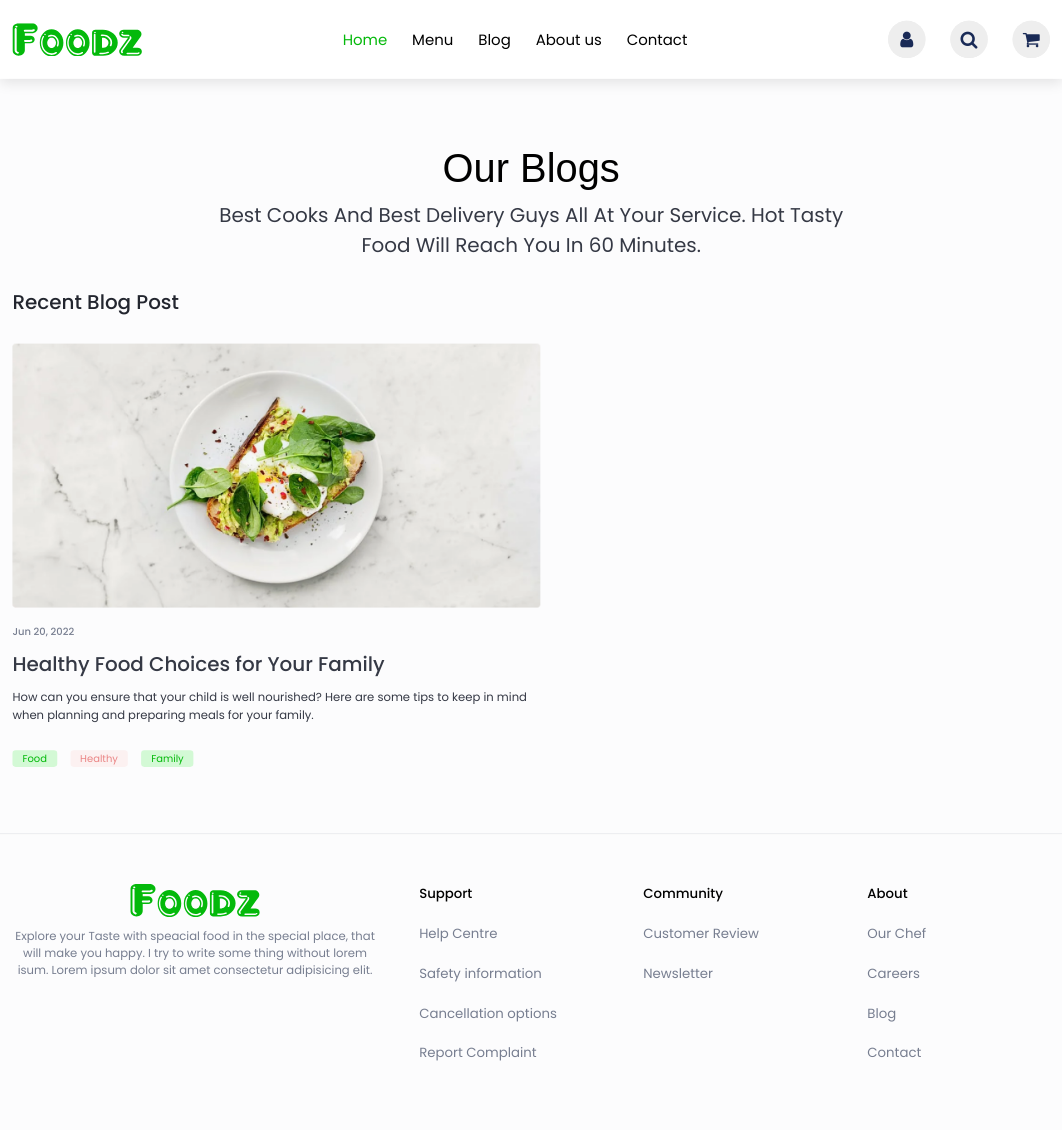
Repository: Toan3333/fooz
Page: assets/pages/blog.html
An editor plug-in stored every save of this project. The page is shown before and after the next save, followed by the edit.
The browser window is 1280 px wide. The pictures show the whole page, at 83% of full size.
Some web fonts or font styles are not loaded; a fallback is used.

Above is the page before, as saved 2023-06-01 13:33:57.

### assets/pages/blog.html
<!DOCTYPE html>
<html lang="en">
  <head>
    <meta charset="UTF-8" />
    <meta http-equiv="X-UA-Compatible" content="IE=edge" />
    <meta name="viewport" content="width=device-width, initial-scale=1.0" />
    <title>Blog</title>
    <link rel="stylesheet" href="/assets/css/style.css" />
    <link
      href="https://fonts.googleapis.com/css?family=Poppins:100,100italic,200,200italic,300,300italic,regular,italic,500,500italic,600,600italic,700,700italic,800,800italic,900,900italic"
      rel="stylesheet"
    />
    <link
      href="https://fonts.googleapis.com/css?family=Alice:regular"
      rel="stylesheet"
    />
    <link
      rel="stylesheet"
      href="https://cdnjs.cloudflare.com/ajax/libs/font-awesome/4.7.0/css/font-awesome.min.css"
    />
  </head>
  <body>
    <div class="app">
      <!-- header -->
      <header class="header">
        <div class="container">
          <div class="header-main">
            <div class="header-logo">
              <img src="/assets/images/Logo.svg" alt="" />
            </div>
            <div class="header-menu">
              <ul class="header-nav">
                <li class="header-list">
                  <a href="/index.html" class="header-link active">Home</a>
                </li>
                <li class="header-list">
                  <a href="#" class="header-link">Menu</a>
                </li>
                <li class="header-list">
                  <a href="#" class="header-link">Blog</a>
                </li>
                <li class="header-list">
                  <a href="#" class="header-link">About us</a>
                </li>
                <li class="header-list">
                  <a href="/assets/pages/contact.html" class="header-link"
                    >Contact</a
                  >
                </li>
              </ul>
            </div>
            <div class="header-auth">
              <div class="header-icon">
                <a href="#">
                  <i class="fa fa-user" aria-hidden="true"></i>
                </a>
                <a href="#">
                  <i class="fa fa-search" aria-hidden="true"></i>
                </a>
                <a href="#">
                  <i class="fa fa-shopping-cart" aria-hidden="true"></i>
                </a>
              </div>
            </div>
          </div>
        </div>
      </header>
      <!-- header end -->
      <section class="our-blog">
        <div class="container">
          <div class="text-center__primary special-center menu-center">
            Our blogs
            <p class="text-bottom">
              Best cooks and best delivery guys all at your service. Hot tasty
              food will reach you in 60 minutes.
            </p>
          </div>
          <div class="our-blog__heading">Recent Blog Post</div>
          <div class="our-blog__main">
            <div class="our-blog__post">
              <div class="our-blog__image">
                <img src="/assets/images/blog-4.png" alt="" />
              </div>
              <div class="our-blog__content">
                <div class="our-blog__date">Jun 20, 2022</div>
                <div class="our-blog__title">
                  Healthy Food Choices for Your Family
                </div>
                <div class="our-blog__text">
                  How can you ensure that your child is well nourished? Here are
                  some tips to keep in mind when planning and preparing meals
                  for your family.
                </div>
                <ul class="our-blog__tag">
                  <li class="our-blog__item">Food</li>
                  <li class="our-blog__item">Healthy</li>
                  <li class="our-blog__item">Family</li>
                </ul>
              </div>
            </div>
            <div class="our-blog__post-2"></div>
          </div>
        </div>
      </section>

      <footer class="footer">
        <div class="container">
          <div class="footer-list">
            <div class="footer-column">
              <div class="footer-center">
                <div class="footer-logo">
                  <img src="/assets/images/Logo.svg" alt="" />
                </div>
                <p class="footer-desc">
                  Explore your Taste with speacial food in the special place,
                  that will make you happy. I try to write some thing without
                  lorem isum. Lorem ipsum dolor sit amet consectetur adipisicing
                  elit.
                </p>
              </div>
            </div>
            <div class="footer-column">
              <h3 class="footer-title">Support</h3>
              <ul class="footer-menu">
                <li class="footer-item"><a href="#">Help Centre</a></li>
                <li class="footer-item"><a href="#">Safety information</a></li>
                <li class="footer-item">
                  <a href="#">Cancellation options</a>
                </li>
                <li class="footer-item"><a href="#">Report Complaint</a></li>
              </ul>
            </div>
            <div class="footer-column">
              <h3 class="footer-title">Community</h3>
              <ul class="footer-menu">
                <li class="footer-item"><a href="#">Customer Review</a></li>
                <li class="footer-item"><a href="#">Newsletter</a></li>
              </ul>
            </div>
            <div class="footer-column">
              <h3 class="footer-title">About</h3>
              <ul class="footer-menu">
                <li class="footer-item"><a href="#">Our Chef</a></li>
                <li class="footer-item"><a href="#">Careers</a></li>
                <li class="footer-item">
                  <a href="#">Blog</a>
                </li>
                <li class="footer-item"><a href="#">Contact</a></li>
              </ul>
            </div>
          </div>
        </div>
      </footer>
      <!-- loader -->
      <!-- <div class="loader-container">
        <img src="./assets/images/loader.gif" alt="" />
      </div> -->
      <!-- loader end -->
    </div>
  </body>
</html>

### assets/css/style.css
*,
*:before,
*:after {
  box-sizing: border-box;
  text-decoration: none;
  list-style: none;
}
:root {
  --font-primary: "Poppins", sans-serif;
  --font-secondary: "Alice", sans-serif;
  --primary-color: #04b90b;
  --black: #000000;
  --gray: #777e90;
  --black-2: #23262f;
  --bg-primary: #fcfcfd;
  --gray-2: #f4f5f6;
  --gray-3: #353945;
  --btn-color: #192a56;
}
* {
  margin: 0;
  padding: 0;
  font: inherit;
}
img,
picture,
svg,
video {
  display: block;
  max-width: 100%;
}
input,
select,
textarea {
  background-color: transparent;
  outline: none;
}
button {
  cursor: pointer;
  background-color: transparent;
  outline: none;
  border: 0;
}
body {
  min-height: 100vh;
  font-weight: 400;
  font-size: 16px;
  line-height: 1;
  font-family: var(--font-primary);
  background-color: var(--bg-primary);
  color: var(--black);
}
.container {
  max-width: 1330px;
  width: 100%;
  margin: 0 auto;
  padding: 0 15px;
}
/* HEADER */
.header {
  position: sticky;
  top: 0;
  left: 0;
  right: 0;
  z-index: 1000;
  padding: 25px 0;
  background-color: #fff;
  box-shadow: 0 5px 15px rgba(0, 0, 0, 0.1);
}
.header-main {
  display: flex;
  justify-content: space-between;
  align-items: center;
}
.header-logo {
  cursor: pointer;
}
.header-nav {
  display: flex;
  align-items: center;
  gap: 30px;
}
.header-link {
  font-size: 18px;
  line-height: 30px;
  font-weight: 400;
  color: var(--black);
}
.header-link:hover {
  color: var(--primary-color);
  transition: all 0.2s linear;
}
.header-link.active {
  color: var(--primary-color);
}
.header-icon {
  display: flex;
  align-items: center;
  gap: 30px;
  font-size: 22px;
}
.header-icon a,
.header-icon i {
  width: 45px;
  height: 45px;
  line-height: 45px;
  border-radius: 100rem;
  text-align: center;
  color: var(--btn-color);
  background-color: #eee;
  transition: 0.2s linear;
}
.header-icon a:hover,
.header-icon i:hover {
  color: #fff;
  background-color: var(--primary-color);
  transform: rotate(180deg);
}

/* HEADER END */

/* HERO */
.hero {
  padding: 60px 0;
}
.hero-main {
  display: flex;
  justify-content: space-between;
  gap: 40px;
}
.hero-content {
  max-width: 677px;
  width: 100%;
}
.hero-title {
  font-size: 65px;
  font-weight: 400;
  font-family: var(--font-secondary);
  line-height: 70px;
  letter-spacing: -0.5%;
  margin-bottom: 30px;
}
.hero-desc {
  font-size: 24px;
  font-weight: 400;
  line-height: 36px;
  color: var(--gray);
  margin-bottom: 25px;
}
.hero-cta {
  margin-bottom: 105px;
}
.hero-btn {
  display: flex;
  align-items: center;
  gap: 24px;
}
.hero-btn span {
  font-size: 16px;
  line-height: 24px;
  font-weight: 400;
  color: var(--primary-color);
}
.button-primary {
  background-color: var(--btn-color);
  border-radius: 8px;
  padding: 10px 20px;
  font-size: 16px;
  line-height: 24px;
  font-weight: 500;
  color: var(--bg-primary);
  transition: all 0.2s linear;
}
.button-primary:hover {
  background-color: var(--primary-color);
  letter-spacing: 1px;
}
.hero-info {
  max-width: 576px;
  width: 100%;
  background-color: var(--gray-2);
  border-radius: 16px;
  padding: 28px 56px 28px 56px;
}
.hero-list {
  display: flex;
  align-items: center;
  justify-content: space-between;
}
.hero-item {
  text-align: center;
}
.hero-number {
  font-size: 32px;
  line-height: 48px;
  font-weight: 600;
  color: var(--gray);
}
.hero-text {
  font-size: 20px;
  line-height: 30px;
  color: var(--gray);
  font-weight: 400;
}
.hero-image {
  width: 100%;
}
.hero-image img {
  width: 100%;
}
/* HERO END*/

/* SERVICE */
.service {
  padding: 80px 0;
}
.text-center__primary {
  max-width: 440px;
  margin: 0 auto;
  text-align: center;
  font-size: 48px;
  font-weight: 400;
  line-height: 55px;
  font-family: var(--font-secondary);
  text-transform: capitalize;
}
.text-primary {
  color: var(--primary-color);
}
.service-list {
  margin-top: 80px;
  display: grid;
  grid-template-columns: repeat(3, 1fr);
  grid-gap: 70px;
}
.service-item {
  display: flex;
  align-items: center;
  justify-content: center;
  flex-direction: column;
  padding: 40px 36px;
  text-align: center;
  cursor: pointer;
}
.service-item:hover {
  background: #ffffff;
  box-shadow: 0px 10px 27px rgba(53, 53, 53, 0.05);
  transition: 0.2s linear;
}
.service-icon {
  margin-bottom: 24px;
}
.service-icon a {
  width: 120px;
  height: 120px;
  border-radius: 100rem;
  background: #ffffff;
  box-shadow: 5px 9px 16px rgba(0, 0, 0, 0.04);
  display: inline-flex;
  align-items: center;
  justify-content: center;
}
.service-title {
  font-size: 28px;
  line-height: 42px;
  font-weight: 400;
  color: var(--black-2);
  margin-bottom: 6px;
}
.service-desc {
  font-size: 16px;
  line-height: 24px;
  font-weight: 400;
  color: var(--gray-3);
}
/* SERVICE END*/

/* ABOUT */
.about {
  padding: 80px 0;
}
.about-heading {
  text-align: center;
}
.about-main {
  display: flex;
  justify-content: space-between;
  align-items: center;
  gap: 130px;
  margin-top: 80px;
}
.about-center {
  max-width: 475px;
}
.about-image {
  max-width: 500px;
  width: 100%;
}
.about-image img {
  width: 100%;
}
.about-content {
  width: 100%;
}
.about-info {
  display: flex;
  align-items: center;
  gap: 94px;
  font-family: var(--font-secondary);
  margin-bottom: 12px;
}
.about-name {
  font-size: 24px;
  color: var(--primary-color);
  font-weight: 400;
  line-height: 28px;
}
.about-view {
  display: flex;
  align-items: center;
  gap: 12px;
  font-size: 14px;
  font-weight: 500;
  line-height: 20px;
  color: var(--primary-color);
}
.about-desc {
  font-size: 18px;
  line-height: 27px;
  font-weight: 400;
  color: var(--gray-3);
}
/* ABOUT END*/

/* SPECIAL */
.special {
  padding: 80px 0;
}
.special-center {
  max-width: 770px;
  margin: 0 auto;
  width: 100%;
}
.text-bottom {
  margin-top: 12px;
  font-size: 24px;
  line-height: 36px;
  color: var(--gray-3);
  font-weight: 400;
  font-family: var(--font-primary);
}
.special-list {
  margin-top: 80px;
  display: grid;
  grid-template-columns: repeat(3, 1fr);
  grid-gap: 30px;
}
.special-item {
  background-color: #ffffff;
  box-shadow: 0px 10px 27px rgba(53, 53, 53, 0.05);
  border-radius: 15px;
  padding: 24px 28px;
}
.special-image {
  position: relative;
  width: 100%;
  margin-bottom: 24px;
  cursor: pointer;
  text-align: center;
  overflow: hidden;
}
.special-image .fa-heart,
.special-image .fa-eye {
  position: absolute;
  top: 15px;
  height: 50px;
  width: 50px;
  line-height: 50px;
  background-color: #eee;
  font-size: 20px;
  border-radius: 50%;
  transition: all 0.2s linear;
}
.special-image .fa-heart:hover,
.special-image .fa-eye:hover {
  background-color: var(--primary-color);
  color: #fff;
}
.special-image .fa-heart {
  right: -150px;
}
.special-image .fa-eye {
  left: -150px;
}
.special-image:hover .fa-heart {
  right: 15px;
}
.special-image:hover .fa-eye {
  left: 15px;
}

.special-image img {
  width: 100%;
}
.special-title {
  font-size: 32px;
  line-height: 37px;
  font-weight: 400;
  color: var(--black-2);
  margin-bottom: 12px;
  font-family: var(--font-secondary);
  cursor: pointer;
}
.special-title:hover {
  color: var(--primary-color);
  transition: 0.2s linear;
}
.special-rating {
  display: flex;
  align-items: center;
  gap: 12px;
  margin-bottom: 12px;
}
.special-icon i {
  color: var(--primary-color);
}
.special-views {
  font-size: 16px;
  line-height: 24px;
  font-weight: 400;
  color: var(--gray-3);
}
.special-bottom {
  display: flex;
  align-items: center;
  justify-content: space-between;
}
.special-price {
  font-size: 40px;
  line-height: 40px;
  font-weight: 400;
  color: var(--primary-color);
  font-family: var(--font-secondary);
  text-transform: capitalize;
}
.special-arrows {
  margin-top: 48px;
  display: inline-block;
  position: relative;
  left: 50%;
  transform: translateX(-50%);
  cursor: pointer;
}
.special-main {
  display: flex;
  align-items: center;
  gap: 8px;
}
.special-btn-arrow i {
  width: 40px;
  height: 40px;
  border-radius: 100rem;
  display: inline-flex;
  border: 2px solid #e6e8ec;
  border-radius: 40px;
  align-items: center;
  justify-content: center;
  transition: 0.2s ease-in-out;
}
.special-btn-arrow i:hover {
  color: white;
  background-color: var(--primary-color);
}
/* SPECIAL END*/
/* form */
.form-main {
  margin-top: 80px;
  display: flex;
  justify-content: space-between;
  align-items: center;
  gap: 105px;
}
.form-content {
  max-width: 544px;
  width: 100%;
}
.form-title {
  font-size: 24px;
  font-weight: 400;
  line-height: 36px;
  color: var(--black-2);
  margin-bottom: 4px;
}
.form-text {
  font-size: 16px;
  line-height: 24px;
  font-weight: 400;
  margin-bottom: 24px;
}
.form-list {
  display: flex;
  align-items: center;
  justify-content: space-between;
  margin-bottom: 8px;
  font-size: 16px;
  line-height: 24px;
  font-weight: 400;
}
.form-list span {
  color: var(--primary-color);
}
.form-meal__select {
  width: 100%;
}
.form-meal__select select {
  width: 100%;
  padding: 10px 20px 10px 20px;
  border-radius: 12px;
  color: var(--gray);
}
.form-meal__add {
  color: var(--primary-color);
  display: flex;
  align-items: center;
  gap: 4px;
  font-size: 14px;
  line-height: 21px;
  margin-top: 8px;
}
.form-container {
  display: flex;
  justify-content: space-between;
  align-items: center;
}
.form-field {
  font-size: 16px;
  font-weight: 400;
  line-height: 24px;
  margin-top: 16px;
}
.form-field__title {
  font-size: 16px;
  line-height: 24px;
  font-weight: 400;
  color: var(--gray-3);
}
.form-item {
  max-width: 256px;
  width: 100%;
  position: relative;
}
.form-item.form-items {
  max-width: 544px;
  width: 100%;
}
.form-input__cash {
  width: 100%;
}
.form-item__icon {
  position: absolute;
  top: 23px;
  right: 20px;
}
.form-field input {
  width: 100%;
  padding: 10px 20px 10px 20px;
  border-radius: 12px;
  border: 1px solid var(--gray);
  margin-top: 8px;
}
.form-field input::placeholder {
  font-size: 16px;
  font-weight: 400;
  color: var(--gray);
}
.form-field.form-item {
  max-width: 256px;
  width: 100%;
}
.form-field textarea {
  width: 100%;
  padding: 10px 20px;
  border: 1px solid var(--gray);
  border-radius: 12px;
  color: var(--gray);
  font-weight: 400;
}
.form-price {
  font-size: 16px;
  line-height: 24px;
  font-weight: 400;
  color: var(--gray);
  display: flex;
  align-items: center;
  gap: 6px;
  margin-bottom: 32px;
}
.form-price span {
  font-size: 24px;
  line-height: 27px;
  font-family: var(--font-secondary);
  font-weight: 400;
  color: var(--primary-color);
}
.form-image {
  width: 100%;
}
.form-image img {
  width: 100%;
}
.loader-container {
  position: fixed;
  top: 0;
  left: 0;
  z-index: 10000;
  display: flex;
  justify-content: center;
  align-items: center;
  height: 100%;
  width: 100%;
  background-color: #fff;
}
.loader-container.fade-out {
  top: -120%;
}
.blog {
  padding: 80px 0px;
}
.blog-list {
  margin-top: 80px;
  display: grid;
  grid-template-columns: repeat(3, 1fr);
  grid-gap: 30px;
}
.blog-image {
  transition: 0.2s linear;
  width: 100%;
  overflow: hidden;
  cursor: pointer;
}

.blog-image img {
  width: 100%;
  transition: all 0.3s ease-in-out;
}
.blog-image:hover img {
  transform: scale(1.1);
}
.blog-content {
  padding: 15px 20px;
  border: 1px solid #e5e5e5;
  background-color: #ffffff;
}
.blog-title {
  font-size: 20px;
  line-height: 32px;
  margin-bottom: 8px;
  cursor: pointer;
  transition: 0.2s linear;
}
.blog-title:hover {
  color: var(--primary-color);
}
.blog-desc {
  font-size: 16px;
  line-height: 24px;
  font-weight: 400;
  color: var(--gray);
  margin-bottom: 12px;
}
.menu {
  padding: 80px 0;
}
.menu-center {
  margin-bottom: 32px;
}
.tab {
  max-width: 672px;
  width: 100%;
  margin: 0 auto;
  background-color: white;
  padding: 8px;
  box-shadow: 0px 3px 9px rgba(1, 5, 20, 0.05);
  border-radius: 8px;
  display: grid;
  grid-template-columns: repeat(3, 1fr);
  grid-gap: 36px;
}
.tab-item {
  display: flex;
  align-items: center;
  padding: 12px;
  cursor: pointer;
  transition: all 0.2s linear;
  gap: 8px;
}
.tab-item img {
  width: 33px;
  height: 33px;
}
.tab-item.active {
  background-color: var(--primary-color);
  color: white;
  border-radius: 8px;
}
.tab-item:hover {
  background-color: var(--primary-color);
  border-radius: 8px;
  color: white;
}
.contact {
  padding: 80px 0;
}
.contact-main {
  display: flex;
  justify-content: space-between;
  align-items: center;
  gap: 135px;
}
.contact-content {
  max-width: 524px;
  width: 100%;
}
.contact-title {
  font-size: 48px;
  font-weight: 400;
  line-height: 55px;
  text-transform: capitalize;
  color: var(--black-2);
  font-family: var(--font-secondary);
  margin-bottom: 12px;
}
.contact-text {
  font-size: 22px;
  font-weight: 400;
  line-height: 32px;
  color: var(--gray);
}
.contact-text span {
  color: var(--primary-color);
}
.contact-btn {
  margin-top: 20px;
  width: 100%;
}
.contact-button {
  width: 100%;
}
.contact-map {
  width: 100%;
}
.our-blog {
  padding: 80px 0;
}
.our-blog__heading {
  font-size: 24px;
  line-height: 36px;
  color: var(--black-2);
  font-weight: 500;
  text-transform: capitalize;
  margin-bottom: 32px;
}
.our-blog__main {
  display: flex;
  justify-content: space-between;
  align-items: center;
}
.our-blog__post {
  max-width: 636px;
  width: 100%;
}
.our-blog__image {
  width: 100%;
}
.our-blog__image img {
  width: 100%;
}
.our-blog__content {
  margin-top: 20px;
}
.our-blog__date {
  font-weight: 500;
  font-size: 12px;
  line-height: 18px;
  color: var(--gray);
  margin-bottom: 12px;
}
.our-blog__title {
  font-weight: 500;
  font-size: 24px;
  line-height: 36px;
  color: var(--gray-3);
  margin-bottom: 12px;
}
.our-blog__text {
  font-weight: 400;
  font-size: 14px;
  line-height: 21px;
  color: var(--gray-3);
  margin-bottom: 32px;
}
.our-blog__tag {
  display: flex;
  align-items: center;
  gap: 16px;
}
.our-blog__item {
  background: #d3f9d5;
  border-radius: 4px;
  padding: 4px 12px;
  color: var(--primary-color);
  font-weight: 400;
  font-size: 12px;
  line-height: 12px;
}
.our-blog__item:nth-child(2) {
  background: #fcf1f1;
  color: #ea8484;
}
.footer {
  padding-bottom: 80px;
  border-top: 1px solid #e6e8ec;
  padding-top: 60px;
}
.footer-list {
  display: grid;
  grid-template-columns: 2fr 1fr 1fr 1fr;
  grid-gap: 50px;
}
.footer-center {
  display: flex;
  align-items: center;
  flex-direction: column;
  text-align: center;
}
.footer-logo {
  margin-bottom: 12px;
}
.footer-desc {
  font-size: 14px;
  line-height: 21px;
  color: var(--gray);
  font-weight: 400;
}
.footer-title {
  font-size: 16px;
  line-height: 24px;
  font-weight: 500;
  color: var(--black);
  margin-bottom: 24px;
}
.footer-menu {
  display: flex;
  gap: 24px;
  flex-direction: column;
}
.footer-item a {
  font-size: 16px;
  font-weight: 400;
  line-height: 24px;
  color: var(--gray);
  transition: 0.2s linear;
}
.footer-item a:hover {
  color: var(--primary-color);
}

After the next save:
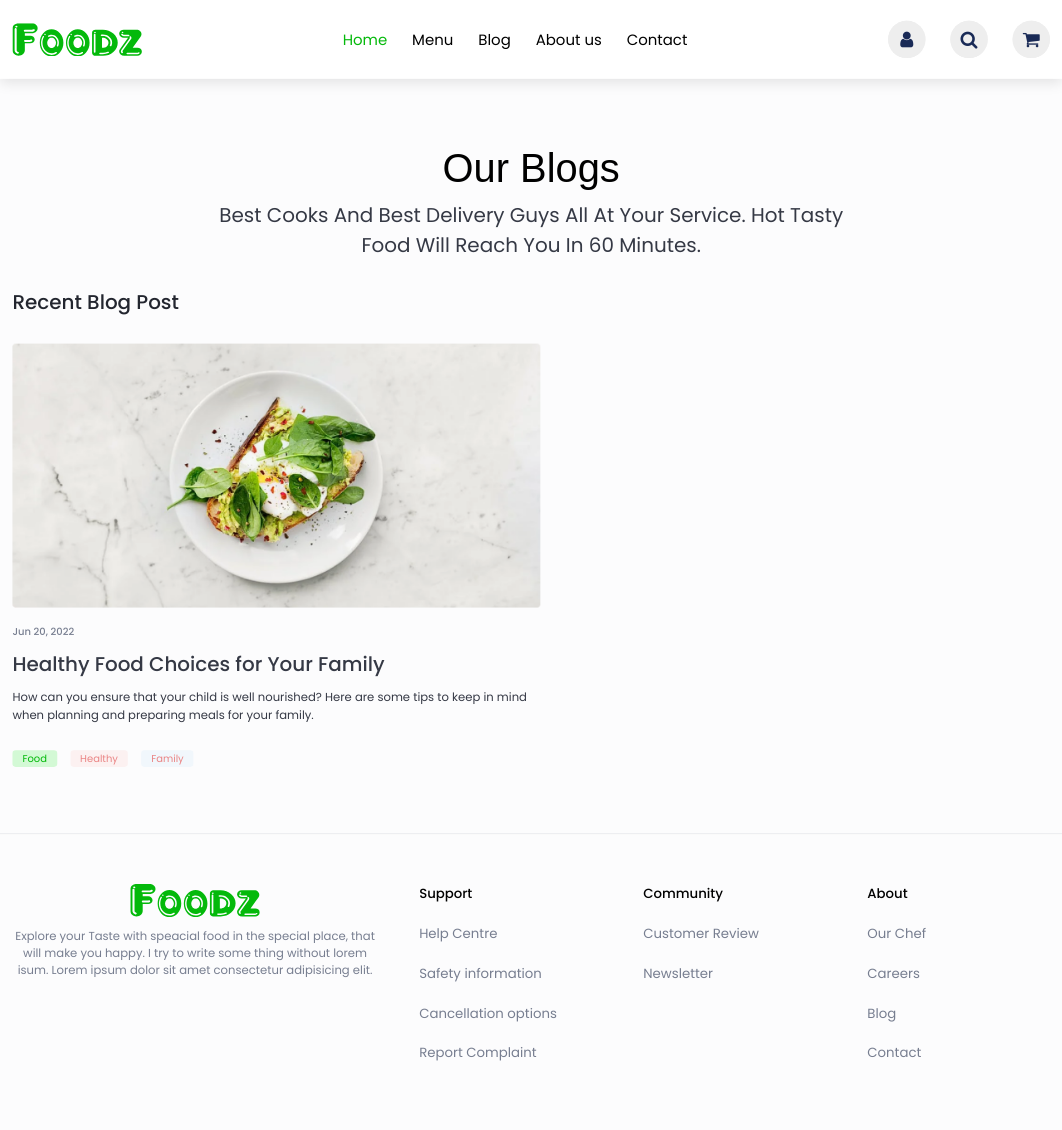
Saved 33 s later.
--- a/assets/css/style.css
+++ b/assets/css/style.css
@@ -817,6 +817,10 @@ body {
   background: #fcf1f1;
   color: #ea8484;
 }
+.our-blog__item:nth-child(3) {
+  background: #f1f7fc;
+  color: #ea8484;
+}
 .footer {
   padding-bottom: 80px;
   border-top: 1px solid #e6e8ec;
